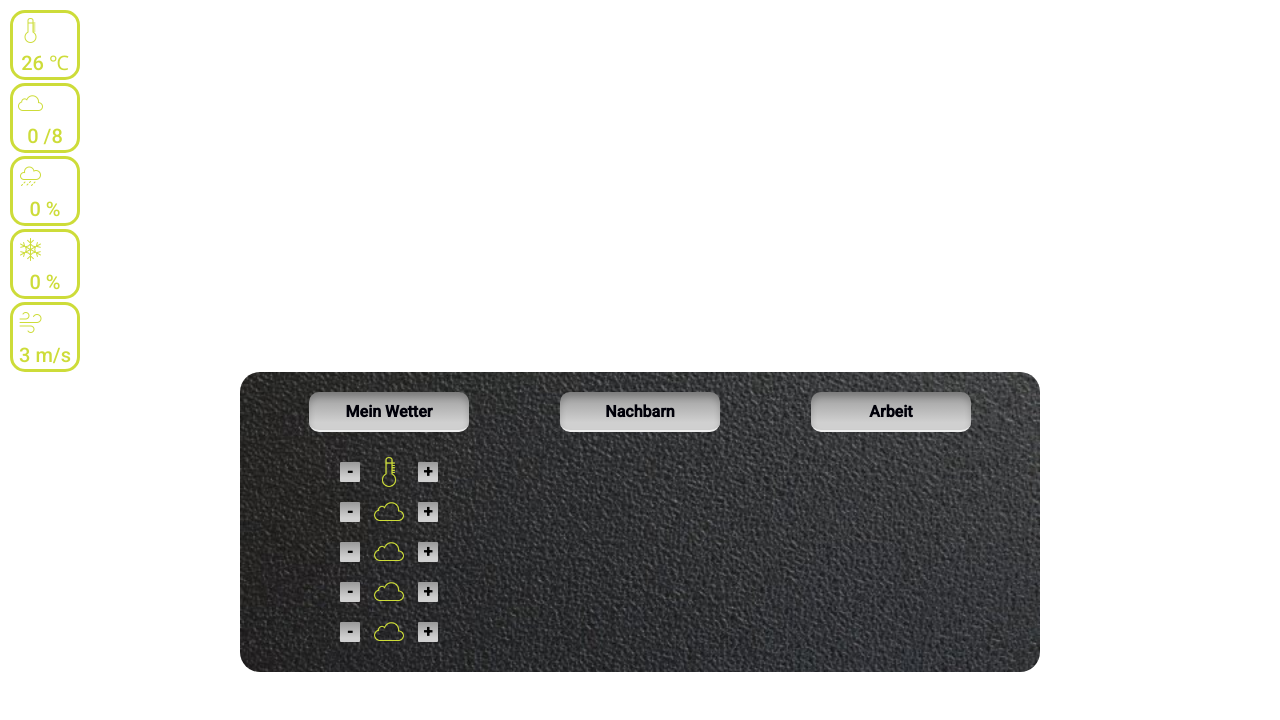
Repository: NadiaSchmitz/wetter.githab.io
Page: index.html
The author's editor kept a record of every edit. The page is drawn from the files as they stood at one moment, then again after the next edit.
The browser window is 1280 px wide. The pictures show the whole page.

Above is the page before.
Not found: styles/background1.css
Not found: styles/background2.css
Not found: styles/background3.css

### index.html
<!DOCTYPE html>
<html>

<head>
  <meta charset="utf-8" />
  <title>Das Wetter</title>
  <link rel="stylesheet" href="./styles/reset.css" type="text/css" />
  <link rel="stylesheet" href="./styles/style.css" type="text/css" />
  <link rel="stylesheet" href="./styles/icons.css" type="text/css" />
  <link rel="stylesheet" href="./styles/textur.css" type="text/css" />
  <link rel="stylesheet" href="./styles/background1.css" type="text/css" />
  <link rel="stylesheet" href="./styles/background2.css" type="text/css" />
  <link rel="stylesheet" href="./styles/background3.css" type="text/css" />
  <meta name="viewport" content="width=device-width, initial-scale=1.0">
  <link rel="preconnect" href="https://fonts.googleapis.com">
  <link rel="preconnect" href="https://fonts.gstatic.com" crossorigin>
  <link href="https://fonts.googleapis.com/css2?family=Roboto:wght@500&display=swap" rel="stylesheet">
  <link rel="shortcut icon" href="images/favicon.png" type="image/x-icon">
  <script src="https://ajax.googleapis.com/ajax/libs/jquery/2.2.0/jquery.min.js"></script>

</head>

<body>
  <section class="wrapper">
    <section class="inner_wrapper">
      <div id="weather" class="main_layout_my_weather">
        <div id="layout_1" class="layout1_my_weather"></div>
        <div class="status_wrapper">
          <div class="status status_temperature">
            <div class="status_value status_temperature_value">
              <span>26</span>
              <span class="celsius">&#8451;</span>
            </div>
          </div>
          <div class="status status_clouds">
            <div class="status_value status_clouds_value">
              <span>0</span>
              <span>/8</span>
            </div>
          </div>
          <div class="status status_rain">
            <div class="status_value status_rain_value">
              <span>0</span>
              <span>%</span>
            </div>
          </div>
          <div class="status status_snow">
            <div class="status_value status_snow_value">
              <span>0</span>
              <span>%</span>
            </div>
          </div>
          <div class="status status_wind">
            <div class="status_value status_wind_value">
              <span>3</span>
              <span>m/s</span>
            </div>
          </div>
        </div>
      </div>
      <div class="control">
        <div class="control_keyboard">
          <div class="control_keyboard_section">
            <div class="weather_button_wrapper">
              <span id="myWeather" class="weather_button">Mein Wetter</span>
            </div>
            <div class="control_keyboard_content">
              <div class="control_keyboard_content_item">
                <span class="control_button temperatur_minus">-</span>
                <span class="control_weather temperatur_value"></span>
                <span class="control_button temperatur_plus">+</span>
              </div>
              <div class="control_keyboard_content_item">
                <span class="control_button clouds_minus">-</span>
                <span class="control_weather clouds_value"></span>
                <span class="control_button clouds_plus">+</span>
              </div>
              <div class="control_keyboard_content_item">
                <span class="control_button clouds_minus">-</span>
                <span class="control_weather clouds_value"></span>
                <span class="control_button clouds_plus">+</span>
              </div>
              <div class="control_keyboard_content_item">
                <span class="control_button clouds_minus">-</span>
                <span class="control_weather clouds_value"></span>
                <span class="control_button clouds_plus">+</span>
              </div>
              <div class="control_keyboard_content_item">
                <span class="control_button clouds_minus">-</span>
                <span class="control_weather clouds_value"></span>
                <span class="control_button clouds_plus">+</span>
              </div>
            </div>
          </div>
          <div class="control_keyboard_section">
            <div class="weather_button_wrapper">
              <span id="nachbarnWeather" class="weather_button">Nachbarn</span>
            </div>
          </div>
          <div class="control_keyboard_section">
            <div class="weather_button_wrapper">
              <span id="arbeitWeather" class="weather_button">Arbeit</span>
            </div>
          </div>
        </div>
      </div>
    </section>
  </section>
  <script type="text/javascript" src="./js/weather.js"></script>
  <script type="text/javascript" src="./js/general.js"></script>
</body>

</html>

### styles/reset.css
html, body, div, span, applet, object, iframe,
h1, h2, h3, h4, h5, h6, p, blockquote, pre,
a, abbr, acronym, address, big, cite, code,
del, dfn, em, img, ins, kbd, q, s, samp,
small, strike, strong, sub, sup, tt, var,
b, u, i, center,
dl, dt, dd, ol, ul, li,
fieldset, form, label, legend,
table, caption, tbody, tfoot, thead, tr, th, td,
article, aside, canvas, details, embed,
figure, figcaption, footer, header, hgroup,
menu, nav, output, ruby, section, summary,
time, mark, audio, video {
	margin: 0;
	padding: 0;
	box-sizing: border-box;
	border: 0;
	font-size: 100%;
	font: inherit;
	vertical-align: baseline;
}
/* HTML5 display-role reset for older browsers */
article, aside, details, figcaption, figure,
footer, header, hgroup, menu, nav, section {
	display: block;
}
body {
	line-height: 1;
}
ol, ul {
	list-style: none;
}
blockquote, q {
	quotes: none;
}
blockquote:before, blockquote:after,
q:before, q:after {
	content: '';
	content: none;
}
table {
	border-collapse: collapse;
	border-spacing: 0;
}

### styles/style.css
.inner_wrapper {
  font-family: 'Roboto', sans-serif;
}

.weather {
  position: relative;
  width: 800px;
  height: 533px;
  background-image: url(../images/palm.jpg);
  background-size: cover;
  background-repeat: no-repeat;
  background-position: 50%;
  margin: 50px auto 20px;
}

.layout {
  position: absolute;
  top: 0;
  bottom: 0;
  left: 0;
  right: 0;
  background-image: url(../images/sunshine.png);
  background-size: cover;
  background-position: 40% 0;
}

.status_wrapper {
  padding: 10px 0 0 10px;
}

.status {
  position: relative;
  width: 70px;
  height: 70px;
  border-radius: 15px;
  border: 3px solid #cddc39;
  background-size: 25px;
  background-position: 5px 5px;
  background-repeat: no-repeat;
  margin: 0 0 3px 0;
}

.status:last-of-type {
  margin: 0;
}

.status_value {
  font-size: 20px;
  line-height: 40px;
  text-align: center;
  color: #cddc39;
  margin: 30px 0 0 0;
}

.control {

}

.control_keyboard {
  width: 800px;
  height: 300px;
  background-color: #3a3939;
  background-size: cover;
  border-radius: 20px;
  text-align: center;
  margin: 0 auto;
  padding: 20px;
}

.control_keyboard_section {
  display: inline-block;
  vertical-align: top;
  width: 32.5%;
  padding: 0 10px 0 10px;
}

.weather_button_wrapper {
  margin: 0 0 30px 0;
}

.weather_button {
  width: 160px;
  height: 40px;
  border-bottom: 2px solid #eee;
  box-shadow: inset rgba(0,0,0,0.2) 0px 5px 6px;
  display: block;
  font-size: 16px;
  line-height: 40px;
  color: #000009;
  font-weight: 700;
  text-align: center;
  text-decoration: none;
  background-image: -webkit-linear-gradient(top, #999, #d0d0d0 80%);
  background-image: -moz-linear-gradient(top, #999, #d0d0d0 80%);
  background-image: -ms-linear-gradient(top, #999, #d0d0d0 80%);
  background-image: -o-linear-gradient(top, #999, #d0d0d0 80%);
  background-image: linear-gradient(top, #999, #d0d0d0 80%);
  -moz-border-radius: 10px;
  -webkit-border-radius: 10px;
  border-radius: 10px;
  -webkit-transition: all .1s ease-in;
  -moz-transition: all .1s ease-in;
  -ms-transition: all .1s ease-in;
  -o-transition: all .1s ease-in;
  transition: all .1s ease-in;
  cursor: pointer;
  margin: 0 auto;
}

.weather_button:hover {
  -webkit-box-shadow: rgba(0,0,0,.4) 0 3px 8px;
  -moz-box-shadow: rgba(0,0,0,.4) 0 3px 8px;
  box-shadow: rgba(0,0,0,.4) 0 3px 8px;
}

.weather_button:active {
  color: #777;
  border-bottom: 1px solid #fff;
  -webkit-box-shadow: inset rgba(0,0,0,.5) 0px 5px 10px;
  -moz-box-shadow: inset rgba(0,0,0,.5) 0px 5px 10px;
  box-shadow: inset rgba(0,0,0,.5) 0px 5px 10px;
}

.control_keyboard_content_item {
  margin: 0 0 15px 0;
}

.control_button {
  display: inline-block;
  vertical-align: top;
  width: 20px;
  height: 20px;
  font-size: 16px;
  line-height: 20px;
  font-weight: 700;
  text-align: center;
  background-image: -webkit-linear-gradient(top, #999, #d0d0d0 80%);
  background-image: -moz-linear-gradient(top, #999, #d0d0d0 80%);
  background-image: -ms-linear-gradient(top, #999, #d0d0d0 80%);
  background-image: -o-linear-gradient(top, #999, #d0d0d0 80%);
  background-image: linear-gradient(top, #999, #d0d0d0 80%);
  -moz-border-radius: 1px;
  -webkit-border-radius: 1px;
  border-radius: 1px;
  -webkit-transition: all .1s ease-in;
  -moz-transition: all .1s ease-in;
  -ms-transition: all .1s ease-in;
  -o-transition: all .1s ease-in;
  transition: all .1s ease-in;
}

.control_weather {
  display: inline-block;
  vertical-align: top;
  width: 30px;
  height: 30px;
  background-position: 50%;
  background-size: cover;
  margin: -5px 10px 0 10px;
}

### js/weather.js
var weatherArray = [];
weatherArray = [
  {
    weatherOwner: "myWeather",
    temperaturUnderLimit: 25,
    temperaturStandart: 26,
    temperaturUpperLimit: 27,
    cloudsUnderLimit: 0,
    cloudsStandart: 0,
    cloudsUpperLimit: 1,
    rainUnderLimit: 0,
    rainStandart: 0,
    rainUpperLimit: 5,
    snowUnderLimit: 0,
    snowStandart: 0,
    snowUpperLimit: 0,
    windUnderLimit: 3,
    windStandart: 3,
    windUpperLimit: 5,
    mainLayout: "",
    layout1: "",
    layout2: ""
  },

  {
    weatherOwner: "nachbarnWeather",
    temperaturUnderLimit: 3,
    temperaturStandart: 5,
    temperaturUpperLimit: 8,
    cloudsUnderLimit: 7,
    cloudsStandart: 8,
    cloudsUpperLimit: 9,
    rainUnderLimit: 80,
    rainStandart: 90,
    rainUpperLimit: 100,
    snowUnderLimit: 0,
    snowStandart: 0,
    snowUpperLimit: 0,
    windUnderLimit: 20,
    windStandart: 30,
    windUpperLimit: 40,
    mainLayout: "",
    layout1: "",
    layout2: ""
  },

  {
    weatherOwner: "arbeitWeather",
    temperaturUnderLimit: -10,
    temperaturStandart: -20,
    temperaturUpperLimit: -30,
    cloudsUnderLimit: 3,
    cloudsStandart: 4,
    cloudsUpperLimit: 5,
    rainUnderLimit: 0,
    rainStandart: 0,
    rainUpperLimit: 100,
    snowUnderLimit: 0,
    snowStandart: 0,
    snowUpperLimit: 0,
    windUnderLimit: 20,
    windStandart: 30,
    windUpperLimit: 40,
    mainLayout: "",
    layout1: "",
    layout2: ""
  },
]

### js/general.js
$(document).ready(function() {
    var widthScreen = $(window).width() - 700;
    var heightScreen = widthScreen / 1.5;

    var screenRatio = widthScreen / heightScreen;

    console.log(widthScreen);
    console.log(heightScreen);
    console.log(screenRatio);

    $(".weather").css("width", widthScreen);
    $(".weather").css("height", heightScreen);
})

Loaded but not shown: styles/icons.css (library); styles/textur.css (library)

After the next edit:
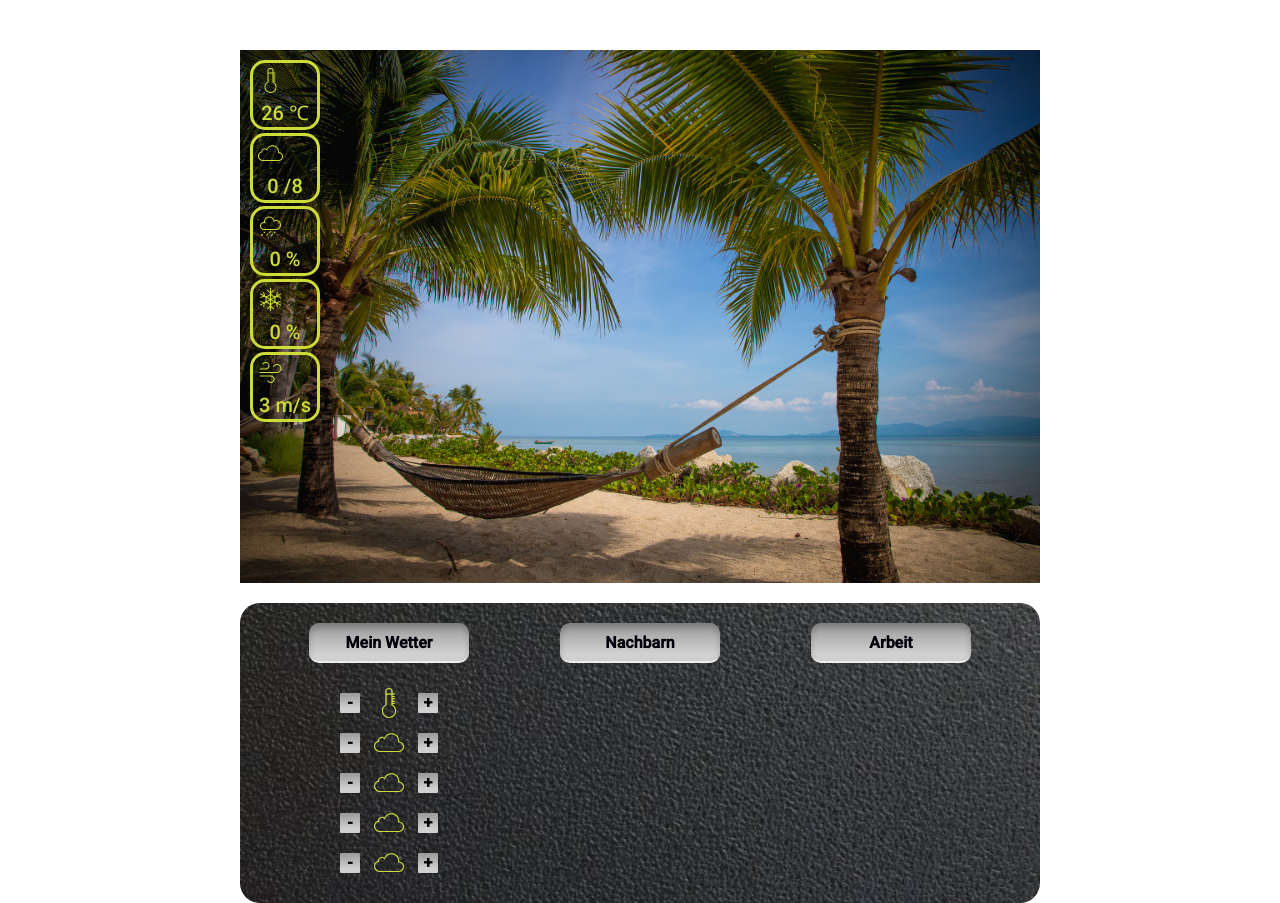
The edit:
--- a/styles/style.css
+++ b/styles/style.css
@@ -2,7 +2,7 @@
   font-family: 'Roboto', sans-serif;
 }
 
-.weather {
+#weather {
   position: relative;
   width: 800px;
   height: 533px;
